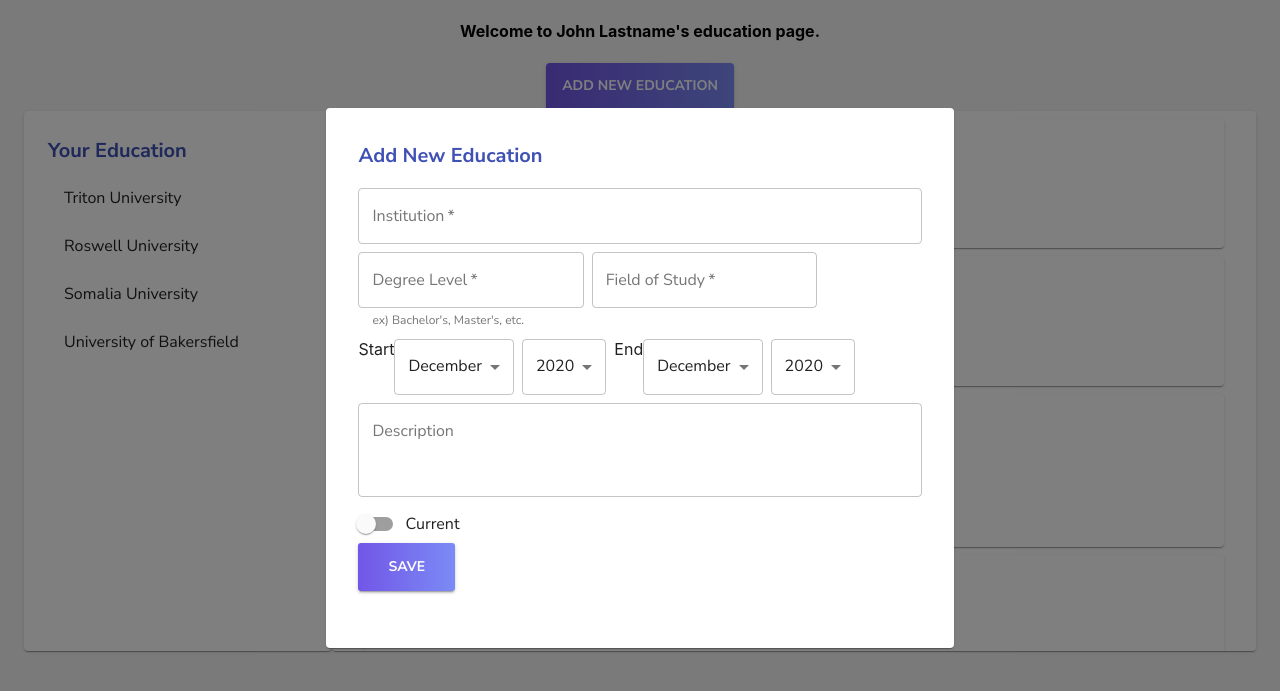
Repository: noellered/Showwcase-React-Challenge
Page: / (app in showwcase-education-react/), after clicking the first element matching `button.MuiButtonBase-root`
The author's editor kept a copy of each file at every save. The page is drawn from the files as they stood at one save, then again after the next save.
The browser window is 1280 px wide. The pictures show the whole page.
The page's requests for data from a server got no answer. An inner scrolling area shows only its first screen. The project was rebuilt for these pictures with package versions that can differ from the ones it lists, and the page was loaded fresh each time. No one was signed in, and anything a server would have sent is missing. Also part of the build but not shown: showwcase-education-react/src/components/Home.tsx.

Above is the page before, as saved 2020-12-17 18:05:15.

### showwcase-education-react/public/index.html
<!DOCTYPE html>
<html lang="en">
  <head>
    <meta charset="utf-8" />
    <link rel="icon" href="%PUBLIC_URL%/favicon.ico" />
    <link rel="preconnect" href="https://fonts.gstatic.com">
    <link href="https://fonts.googleapis.com/css2?family=Nunito+Sans:ital,wght@0,400;0,700;1,400&display=swap" rel="stylesheet">


    <meta name="viewport" content="width=device-width, initial-scale=1" />
    <meta name="theme-color" content="#000000" />
    <meta
      name="description"
      content="Web site created using create-react-app"
    />
    <link rel="apple-touch-icon" href="%PUBLIC_URL%/logo192.png" />
    <!--
      manifest.json provides metadata used when your web app is installed on a
      user's mobile device or desktop. See https://developers.google.com/web/fundamentals/web-app-manifest/
    -->
    <link rel="manifest" href="%PUBLIC_URL%/manifest.json" />
    <!--
      Notice the use of %PUBLIC_URL% in the tags above.
      It will be replaced with the URL of the `public` folder during the build.
      Only files inside the `public` folder can be referenced from the HTML.

      Unlike "/favicon.ico" or "favicon.ico", "%PUBLIC_URL%/favicon.ico" will
      work correctly both with client-side routing and a non-root public URL.
      Learn how to configure a non-root public URL by running `npm run build`.
    -->
    <title>React App</title>
  </head>
  <body>
    <noscript>You need to enable JavaScript to run this app.</noscript>
    <div id="root"></div>
    <!--
      This HTML file is a template.
      If you open it directly in the browser, you will see an empty page.

      You can add webfonts, meta tags, or analytics to this file.
      The build step will place the bundled scripts into the <body> tag.

      To begin the development, run `npm start` or `yarn start`.
      To create a production bundle, use `npm run build` or `yarn build`.
    -->
  </body>
</html>

### showwcase-education-react/src/index.css
body {
  margin: 0;
  background: #F5F5F5;
  font-family: -apple-system, BlinkMacSystemFont, 'Segoe UI', 'Roboto', 'Oxygen',
    'Ubuntu', 'Cantarell', 'Fira Sans', 'Droid Sans', 'Helvetica Neue',
    sans-serif;
  -webkit-font-smoothing: antialiased;
  -moz-osx-font-smoothing: grayscale;
}

code {
  font-family: source-code-pro, Menlo, Monaco, Consolas, 'Courier New',
    monospace;
}

### showwcase-education-react/src/App.tsx
import React, {useState} from 'react';
import Home from './components/Home';
import Main from './components/Main';
import { MuiThemeProvider, createMuiTheme } from '@material-ui/core/styles';
import './App.css';

function App() {
  const theme = createMuiTheme({
    typography: {
        fontFamily: [
            'Nunito Sans',
            'sans-serif'
        ].join(','),
        h6: {
          fontWeight: 600
        },
        body1: {
          fontWeight: 400
        },
        subtitle1: {
          fontStyle: 'italic'
        },
        button: {
          fontWeight: 600
        }
    },
  })
  const [name, setName] = useState('John Lastname')

  return (
    <MuiThemeProvider theme={theme}>
      <div className="App">
        { name ? <Main name={name} /> : <Home setName={setName} /> }
      </div>
    </MuiThemeProvider>

  );
}

export default App;

### showwcase-education-react/src/components/Main.tsx
import React, {FunctionComponent, useState} from 'react';
import EducationSidebar from './education/EducationSidebar';
import EducationList from './education/EducationList';
import EducationModalContent from './education/EducationModalContent';
import Modal from '@material-ui/core/Modal';
import Backdrop from '@material-ui/core/Backdrop';
import Fade from '@material-ui/core/Fade';
import Paper from '@material-ui/core/Paper';
import Grid from '@material-ui/core/Grid';
import Container from '@material-ui/core/Container';
import Button from '@material-ui/core/Button';
import { pageStyles } from './pageStyles';

const Main:FunctionComponent<{name: string}> = ({name}) => {
    const classes = pageStyles();
    const [open, setOpen] = useState<boolean>(false);
    const [education, setEducation] = useState<object[]>([
        {
            degree: "MFA.",
            description: "",
            end: {month: 11, year: 2020},
            fieldOfStudy: "Being Cool",
            institution: "Triton University",
            start: {month: 11, year: 2020}
        },
        {
            degree: "M.Sc.",
            description: "",
            end: {month: 11, year: 2020},
            fieldOfStudy: "Biology of Aliens",
            institution: "Roswell University",
            start: {month: 11, year: 2020}
        },
        {
            degree: "B.S.",
            description: "I learned things, and stuff. Then I learned how to be a pirate. Arrrr, matey.",
            end: {month: 11, year: 2020},
            fieldOfStudy: "Pirate Studies",
            institution: "Somalia University",
            start: {month: 11, year: 2020}
        },
        {
            degree: "B.A.",
            description: "",
            end: {month: 11, year: 2020},
            fieldOfStudy: "Home Economics",
            institution: "University of Bakersfield",
            start: {month: 11, year: 2020}
        },
    ]);


    //Modal handlers

    const handleOpen = () => {
        setOpen(true);
    }

    const handleClose = () => {
        setOpen(false);
    }

    const handleEducationUpdate = (newEducation) => {
        setEducation(education => [newEducation, ...education]) //prepend new education item to education list
        handleClose();
    }

    return(
        <Container>
            <h4>Welcome to {name}'s education page.</h4>
            <Button
                className={classes.button}
                variant="contained"
                color="primary"
                type="button"
                onClick={handleOpen}
                >
                Add New Education
            </Button>
            <Grid container className={classes.container}>
                <Grid item xs={12} lg={3}>
                    <Paper className={classes.paper}>
                        <EducationSidebar list={education}/>
                    </Paper>
                </Grid>
                <Grid item xs={12} lg={9}>
                    <Paper className={classes.paper}>
                        <EducationList list={education}/>
                    </Paper>
                </Grid>
            </Grid>
            <Modal
                className={classes.modal}
                aria-labelledby="add-education"
                aria-describedby="add-education-modal"
                open={open}
                onClose={handleClose}
                closeAfterTransition
                BackdropComponent={Backdrop}
                BackdropProps={{
                timeout: 300,
                }}>
                <Fade in={open}>
                    <Paper className={`${classes.modal} ${classes.paper}`}>
                        <EducationModalContent handleUpdate={handleEducationUpdate}/>
                    </Paper>
                </Fade>
            </Modal>
        </Container>
    )
}

export default Main;

### showwcase-education-react/src/components/pageStyles.tsx
import { makeStyles } from '@material-ui/core/styles';

export const pageStyles = makeStyles({
    modal: {
        maxWidth: '70%',
        margin: 'auto',
        height: '70vh'
    },
    button: {
        backgroundImage: 'linear-gradient(90deg, rgba(114,86,231,1) 0%, rgba(123,139,245,1) 100%)',
        borderColor: '#0063cc',
        borderRadius: 3,
        color: 'white',
        height: 48,
        padding: '0 30px',
        '&:hover': {
            backgroundImage: 'linear-gradient(90deg, rgba(81,53,196,1) 0%, rgba(91,110,238,1) 100%)',
            borderColor: '#0062cc',
          },
    },
    container: {
        display: 'flex',
        justifyContent: 'space-between'
    },
    paper: {
        height: '75vh',
        overflow: 'auto',
        "&:focus": {
            outline: "none"
          }
    },
    sideBar: {
        marginRight: '2rem',
    }
})

### showwcase-education-react/src/components/education/EducationSidebar.tsx
import React, { FunctionComponent } from 'react';
import List from '@material-ui/core/List';
import ListItem from '@material-ui/core/ListItem';
import ListItemText from '@material-ui/core/ListItemText';
import Typography from '@material-ui/core/Typography';
import { useStyles } from './styles'

const EducationSidebar:FunctionComponent<{list: object[]}> = ({ list }) => {
    const classes = useStyles();
    return(
        <List className={classes.list}>
            <Typography variant="h6" color="primary" align="justify" gutterBottom>Your Education</Typography>
            { list.length > 0 ? list.map((item) =>
            <div>
                <ListItem className={classes.listItem} button>
                    <ListItemText >{item['institution']}</ListItemText>
                </ListItem>
            </div>
            )
            : <div>No education to display</div> }
        </List>
    )
}
export default EducationSidebar;

### showwcase-education-react/src/components/education/EducationList.tsx
import React, { FunctionComponent } from 'react';
import Card from '@material-ui/core/Card';
import { useStyles } from './styles';
import Typography from '@material-ui/core/Typography';
import Container from '@material-ui/core/Container';

const EducationList:FunctionComponent<{list: object[]}> = ({ list }) => {
    const classes = useStyles();
    return(
        <Container>
            { list.length > 0 ? list.map((item) =>
            <Card className={classes.educationCard}>
                <Typography align="justify" variant="h6" color="textPrimary">
                    {item['degree']} {item['fieldOfStudy']} @ {item['institution']}
                </Typography>
                <Typography variant="subtitle1" align="justify" color="textSecondary" gutterBottom>
                January {item['start']['year']} - December {item['end']['year']}
                </Typography>
                <Typography variant="body1" align="justify">
                    {item['description']}
                </Typography>
            </Card>) : <div>Nothing to display</div> }
        </Container>
    )
}
export default EducationList;

### showwcase-education-react/src/components/education/EducationModalContent.tsx
import React, { FunctionComponent, useEffect, useState } from 'react';
import Autocomplete, { AutocompleteRenderGroupParams } from '@material-ui/lab/Autocomplete';
import TextField from '@material-ui/core/TextField';
import Button from '@material-ui/core/Button';
import ListSubheader from '@material-ui/core/ListSubheader';
import { useTheme } from '@material-ui/core/styles';
import useMediaQuery from '@material-ui/core/useMediaQuery';
import Typography from '@material-ui/core/Typography';
import { VariableSizeList, ListChildComponentProps } from 'react-window';
import MonthPicker from '../pickers/MonthPicker';
import YearPicker from '../pickers/YearPicker';
import { useStyles } from './styles';
import Switch from '@material-ui/core/Switch';
import FormControlLabel from '@material-ui/core/FormControlLabel';


//Virtualize institution list for more efficient rendering performance

const LISTBOX_PADDING = 8; // px

function renderRow(props: ListChildComponentProps) {
  const { data, index, style } = props;
  return React.cloneElement(data[index], {
    style: {
      ...style,
      top: (style.top as number) + LISTBOX_PADDING,
    },
  });
}

const OuterElementContext = React.createContext({});

const OuterElementType = React.forwardRef<HTMLDivElement>((props, ref) => {
  const outerProps = React.useContext(OuterElementContext);
  return <div ref={ref} {...props} {...outerProps} />;
});

function useResetCache(data: any) {
    const ref = React.useRef<VariableSizeList>(null);
    React.useEffect(() => {
      if (ref.current != null) {
        ref.current.resetAfterIndex(0, true);
      }
    }, [data]);
    return ref;
  }


  // React-window adapter
  const ListboxComponent = React.forwardRef<HTMLDivElement>(function ListboxComponent(props, ref) {
    const { children, ...other } = props;
    const theme = useTheme();
    const itemData = React.Children.toArray(children);
    const smUp = useMediaQuery(theme.breakpoints.up('sm'), { noSsr: true });
    const itemCount = itemData.length;
    const itemSize = smUp ? 36 : 48;

    const getChildSize = (child: React.ReactNode) => {
      if (React.isValidElement(child) && child.type === ListSubheader) {
        return 48;
      }

      return itemSize;
    };

    const getHeight = () => {
      if (itemCount > 8) {
        return 8 * itemSize;
      }
      return itemData.map(getChildSize).reduce((a, b) => a + b, 0);
    };

    const gridRef = useResetCache(itemCount);

    return (
      <div ref={ref}>
        <OuterElementContext.Provider value={other}>
          <VariableSizeList
            itemData={itemData}
            height={getHeight() + 2 * LISTBOX_PADDING}
            width="100%"
            ref={gridRef}
            outerElementType={OuterElementType}
            innerElementType="ul"
            itemSize={(index) => getChildSize(itemData[index])}
            overscanCount={5}
            itemCount={itemCount}
          >
            {renderRow}
          </VariableSizeList>
        </OuterElementContext.Provider>
      </div>
    );
  });



//Add Education Modal Content
const EducationModalContent:FunctionComponent<{handleUpdate: any}>= ({ handleUpdate }) => {
    const classes = useStyles();
    const [institutionList, setInstitutionList] = useState<string[]>([]);
    const [institution, setInstitution] = useState<string>('');
    const [degree, setDegree] = useState<string>('');
    const [description, setDescription] = useState<string>('');
    const [fieldOfStudy, setFieldOfStudy] = useState<string>('');
    const [current, setCurrent] = useState<boolean>(false)
    const [start, setStart] = useState<{month: number, year: number}>({
        month: new Date().getMonth(),
        year: new Date().getFullYear()
    });
    const [end, setEnd] = useState({
        month: new Date().getMonth(),
        year: new Date().getFullYear()
    });



    const getInstitutions = () => {
        fetch(`http://universities.hipolabs.com/search`)
        .then((res: any) => res.json()
        .then((JSON) => setInstitutionList(JSON.map((item)=>item['name']))));
    }

    // Get institutions list on component mount
    useEffect( () => {
        getInstitutions()
    }, []);

    //Render group for visualized autocomplete component
    const renderGroup = (params: AutocompleteRenderGroupParams) => [
        <ListSubheader key={params.key} component="div">
          {params.group}
        </ListSubheader>,
        params.children,
    ];

    //Handle form submit
    const handleSubmit = (e: any) => {
        e.preventDefault();
        const newEducation = { institution, fieldOfStudy, degree, start, end, description, current }
        return handleUpdate(newEducation);
    }

    //Handle institution change for autocomplete component
    const handleInputChange = (e: React.ChangeEvent<{}>, value: string) => {
        setInstitution(value)
    }

    const handleSwitch = (e: React.ChangeEvent<HTMLInputElement>) => {
      setCurrent(e.target.checked);
    }



    return(
        <div className={classes.modalContent}>
            <Typography variant="h6" color="primary">Add New Education</Typography>
            <form onSubmit={handleSubmit}>
                <Autocomplete
                id="institutions-list"
                options={institutionList}
                freeSolo
                renderGroup={renderGroup}
                renderInput={(params)=>(
                    <TextField {...params} label="Institution" margin="normal" variant="outlined" required/>
                )}
                renderOption={(option) => <p>{option}</p>}
                ListboxComponent={ListboxComponent as React.ComponentType<React.HTMLAttributes<HTMLElement>>}
                disableListWrap
                autoSelect={true}
                onInputChange={handleInputChange}
                />
                <div className={classes.inputGroup}>
                  <TextField className={`${classes.input} ${classes.mr}`} label="Degree Level" helperText="ex) Bachelor's, Master's, etc." variant="outlined" onChange={(e)=> setDegree(e.target.value)} required/>
                  <TextField className={classes.input} label="Field of Study" variant="outlined" onChange={(e)=> setFieldOfStudy(e.target.value)} required/>
                </div>
                <div className={classes.inputGroup}>
                  <label className={classes.label}>Start</label>
                    <MonthPicker className={`${classes.input} ${classes.mr}`} id="startMonth" onChange={(e)=> setStart({...start, month: e.target.value})}/>
                    <YearPicker className={`${classes.input} ${classes.mr}`} id="startYear" onChange={(e)=> setStart({...start, year: e.target.value})}/>

                  <label>End</label>
                    <MonthPicker className={`${classes.input} ${classes.mr}`} id="endMonth" onChange={(e)=> setEnd({...end, month: e.target.value})}/>
                    <YearPicker className={`${classes.input} ${classes.mr}`} id="endYear" onChange={(e)=> setEnd({...end, year: e.target.value})}/>
                </div>
                <TextField className={classes.input} multiline fullWidth rows={3} variant="outlined" label="Description" onChange={(e)=> setDescription(e.target.value)}/>

                <div className={classes.inputGroup}>
                <FormControlLabel
                      control={<Switch checked={current} onChange={handleSwitch} name="current" color="secondary"/>}
                      label="Current"
                />
                </div>

                <Button variant="contained" className={classes.button} color="primary" type="submit" >Save</Button>
            </form>
        </div>
    )
}
export default EducationModalContent;

### showwcase-education-react/src/components/education/styles.tsx
import { makeStyles } from '@material-ui/core/styles';

export const useStyles = makeStyles({
    button: {
        backgroundImage: 'linear-gradient(90deg, rgba(114,86,231,1) 0%, rgba(123,139,245,1) 100%)',
        borderColor: '#0063cc',
        borderRadius: 3,
        color: 'white',
        height: 48,
        padding: '0 30px',
        '&:hover': {
            backgroundImage: 'linear-gradient(90deg, rgba(81,53,196,1) 0%, rgba(91,110,238,1) 100%)',
            borderColor: '#0062cc',
          },
    },
    label: {
        display: 'block'
    },
    educationCard: {
        padding: '2rem',
        margin: '.5rem'
    },
    list: {
        padding: '1.5rem',
    },

    modalContent: {
        padding: '2rem',
    },
    listItem: {
        '&:active': {
            fontWeight: 600,
        }
    },
    input: {
        minWidth: '40%',
        marginBottom: '.5rem'
    },
    inputGroup: {
        display: 'flex',
        flexDirection: 'row',
        minWidth: '100%'
    },
    mr: {
        marginRight: '.5rem'
    }
})

### showwcase-education-react/src/components/pickers/MonthPicker.tsx
import React, { FunctionComponent, useState } from 'react';
import InputLabel from '@material-ui/core/InputLabel';
import MenuItem from '@material-ui/core/MenuItem';
import FormControl from '@material-ui/core/FormControl';
import TextField from '@material-ui/core/TextField';

interface MonthPickerProps {
    label?: string;
    id?: string;
    onChange?: any;
    className?: string;
}

const months = [
    { id: 0, name: 'January' },
    { id: 1, name: 'February' },
    { id: 2, name: 'March' },
    { id: 3, name: 'April' },
    { id: 4, name: 'May' },
    { id: 5, name: 'June' },
    { id: 6, name: 'July' },
    { id: 7, name: 'August' },
    { id: 8, name: 'September' },
    { id: 9, name: 'October' },
    { id: 10, name: 'November' },
    { id: 11, name: 'December' },
];

const MonthPicker:FunctionComponent<MonthPickerProps> = ({ label, id, className }) => {
    const [month, setMonth] = useState(new Date().getMonth())

   const handleChange = (e: any) => {
        e.preventDefault();
        setMonth(e.target.value);
   }

    return (
        <div>
            <FormControl>
                <TextField select helperText={label} id={id} value={month} onChange={handleChange} className={className} variant="outlined" required>
                { months.map((month) => <MenuItem value={month.id}>{month.name}</MenuItem>)}
                </TextField>
            </FormControl>
        </div>
    )
}

export default MonthPicker;

### showwcase-education-react/src/components/pickers/YearPicker.tsx
import React, { FunctionComponent, useState } from 'react';
import MenuItem from '@material-ui/core/MenuItem';
import FormControl from '@material-ui/core/FormControl';
import TextField from '@material-ui/core/TextField';

interface YearPickerProps {
    label?: string;
    id?: string;
    onChange?: any;
    className?: string;
}

const years:number[] = []

//Create year list
for(let y = (new Date().getFullYear() + 10); y >= 1950; y--){
    years.push(y)
}

const YearPicker:FunctionComponent<YearPickerProps> = React.memo(({ label, id, className }) => {
    const [year, setYear] = useState(new Date().getFullYear())

   const handleChange = (e: any) => {
        e.preventDefault();
        setYear(e.target.value);
   }

    return (
        <div>
            <FormControl>
                <TextField select  helperText={label} id={id} value={year} onChange={handleChange} className={className} variant="outlined" required>
                { years.map((year) => <MenuItem value={year}>{year}</MenuItem>)}
                </TextField>
            </FormControl>
        </div>
    )
})

export default YearPicker;

Loaded but not shown: showwcase-education-react/src/index.tsx (common file); showwcase-education-react/src/reportWebVitals.ts (common file); showwcase-education-react/src/App.css (common file)

After the next save:
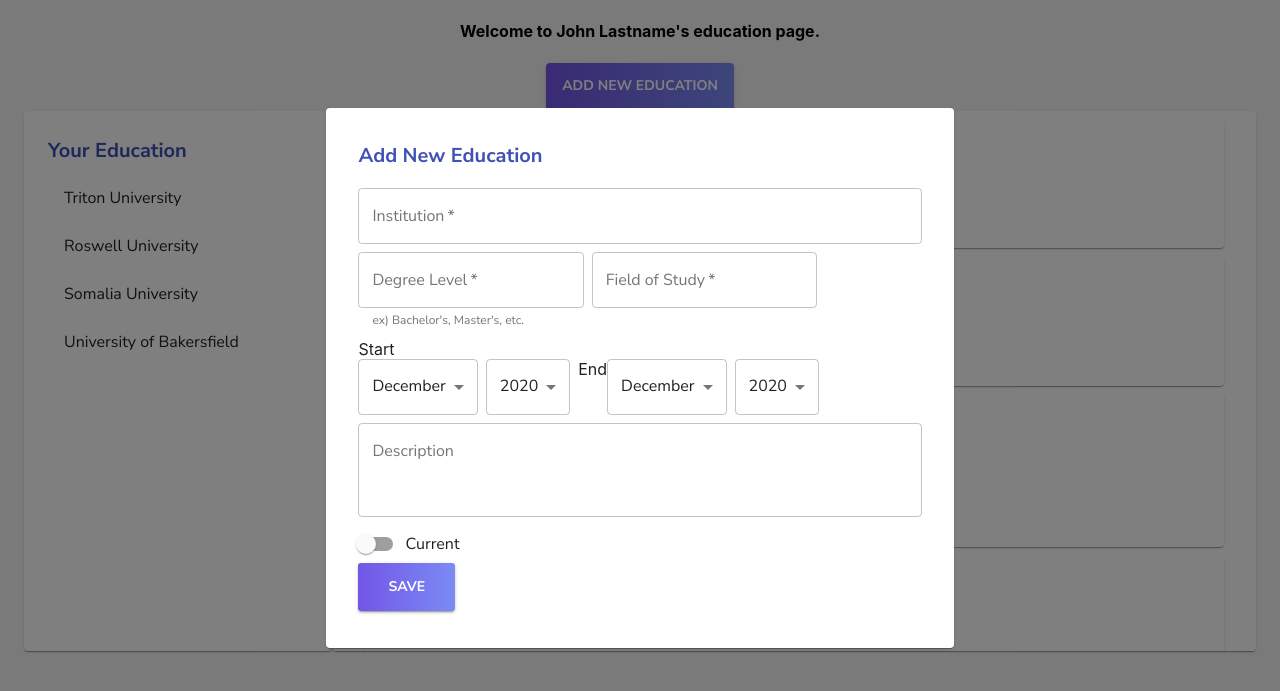
Saved 26 s later.
--- a/showwcase-education-react/src/components/education/EducationModalContent.tsx
+++ b/showwcase-education-react/src/components/education/EducationModalContent.tsx
@@ -174,8 +174,9 @@ const EducationModalContent:FunctionComponent<{handleUpdate: any}>= ({ handleUpd
                   <TextField className={`${classes.input} ${classes.mr}`} label="Degree Level" helperText="ex) Bachelor's, Master's, etc." variant="outlined" onChange={(e)=> setDegree(e.target.value)} required/>
                   <TextField className={classes.input} label="Field of Study" variant="outlined" onChange={(e)=> setFieldOfStudy(e.target.value)} required/>
                 </div>
+                <label className={classes.label}>Start</label>
                 <div className={classes.inputGroup}>
-                  <label className={classes.label}>Start</label>
+
                     <MonthPicker className={`${classes.input} ${classes.mr}`} id="startMonth" onChange={(e)=> setStart({...start, month: e.target.value})}/>
                     <YearPicker className={`${classes.input} ${classes.mr}`} id="startYear" onChange={(e)=> setStart({...start, year: e.target.value})}/>
 
